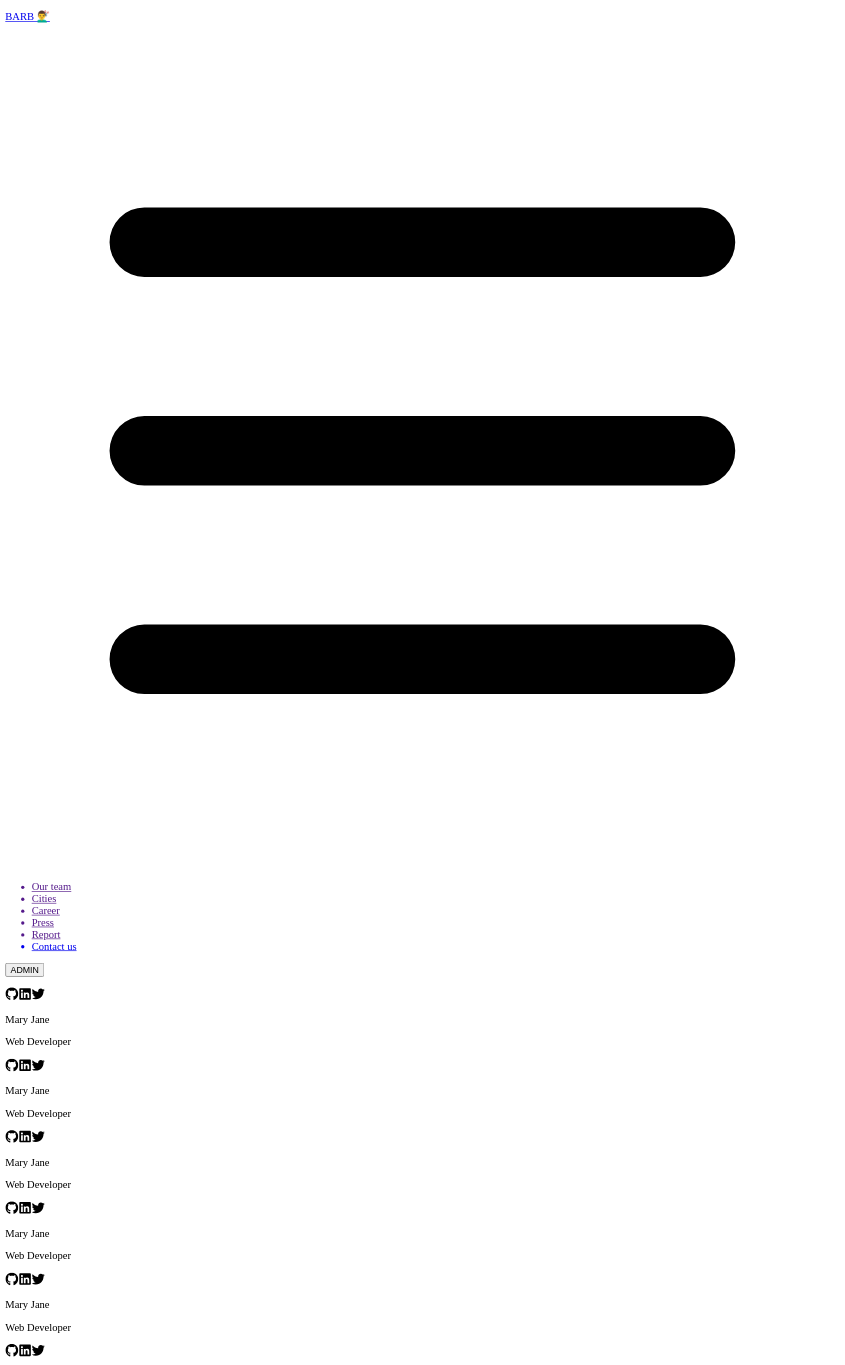
Repository: MinorLeopard/barbweb
Page: /ourteam
An editor plug-in stored every save of this project. The page is shown before and after the next save, followed by the edit.
The browser window is 1280 px wide. The pictures show the whole page, at 66% of full size.
The project was rebuilt for these pictures with package versions that can differ from the ones it lists, and the page was loaded fresh each time. The framework's server and built-in components were replaced by stand-ins that run in the browser. Also part of the build but not shown: components/Dropdown.tsx.

Above is the page before, as saved 2021-12-20 00:17:55.

After the next save:
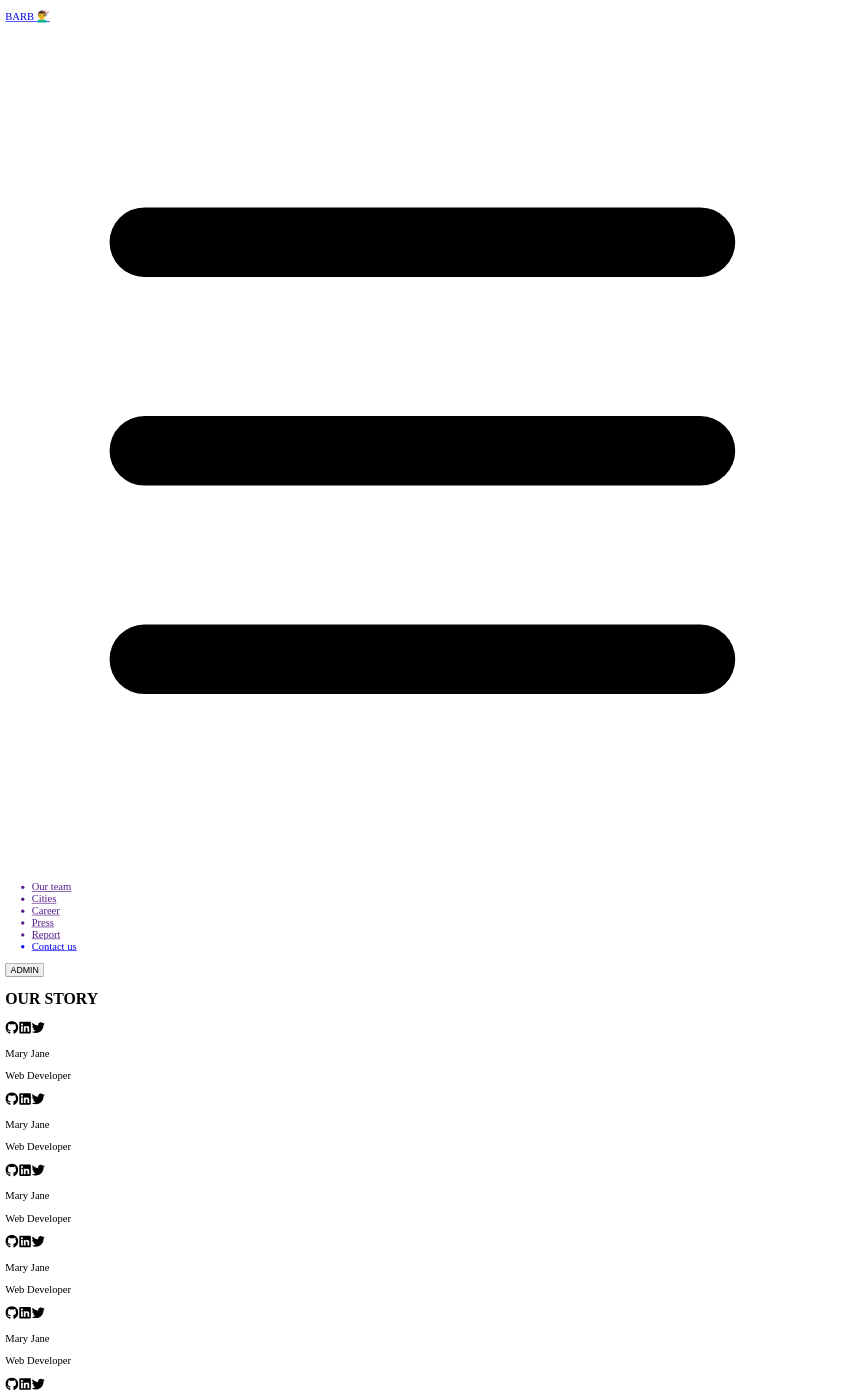
Saved 2 min 41 s later.
--- a/pages/ourteam.js
+++ b/pages/ourteam.js
@@ -4,6 +4,7 @@
 const ourteam = () => {
     return (
         <div>
+        <h2 className="font-normal text-gray-800 text-7xl md:text-6xl">OUR <span className="font-extrabold text-gray-500">STORY</span></h2>
             <CardComponent/>
             <CardDisplay/>
         </div>
